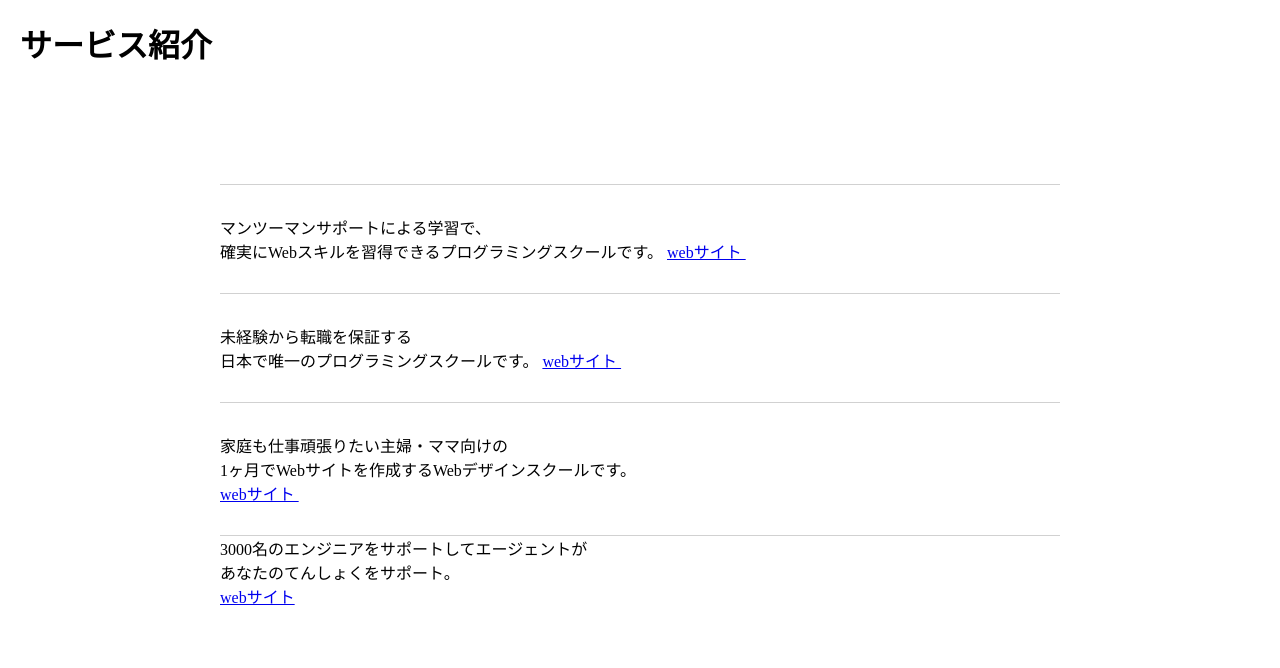
Repository: yesohnuki/shinya-ohnuki
Page: caravan/7.html
The author's editor kept a record of every edit. The page is drawn from the files as they stood at one moment, then again after the next edit.
The browser window is 1280 px wide. The pictures show the whole page.

Above is the page before.

### caravan/7.html
<!DOCTYPE html>
<html lang="ja">
  <head>
    <meta charset="UTF-8" />
    <link rel="stylesheet" href="7.css" />
    <title>CARAVAN</title>
  </head>

  <body>
    <main-visual>
      <h1 class="headline">
        サービス紹介
      </h1>
    </main-visual>

    <main>
      <img class="wc-logo.png">
      <div class="service1"></div>
      マンツーマンサポートによる学習で、<br>
      確実にWebスキルを習得できるプログラミングスクールです。
        <a href="index.html">
          webサイト
        </a>
        <img class="wcc-logo.png">
        <div class="service2"></div>
        未経験から転職を保証する<br>
        日本で唯一のプログラミングスクールです。
        <a href="index.html">
          webサイト
        </a>
        <img class="wcp-logo.png">
        <div class="service3"></div>
        家庭も仕事頑張りたい主婦・ママ向けの<br>
        1ヶ月でWebサイトを作成するWebデザインスクールです。</br>
        <a href="index.html">
          webサイト
        </a>
        <img class="wcw-logo.png">
        <div class="service4"></div>
        3000名のエンジニアをサポートしてエージェントが<br>
        あなたのてんしょくをサポート。</br>
        <a href="index.html">
          webサイト
        </a>
      </main>
    </body>
    </html>

### caravan/7.css
* {
  margin: 0;
  padding: 0;
  box-sizing: border-box;
}

.main-visual {
  height: 400px;
  width: 100%;
  background-image: url(img/mv.jpg);
  background-size: cover;
  background-position: bottom;
}

.headline {
  padding: 20px;
}

main {
  width: 840px;
  margin: 50px auto;
}

.service1 {
  margin-bottom: 30px;
  border-bottom: 1px solid #d1d1d1;
  padding-bottom: 30px;
}

.service2 {
  margin-bottom: 30px;
  border-bottom: 1px solid #d1d1d1;
  padding-bottom: 30px;
}

.service3 {
  margin-bottom: 30px;
  border-bottom: 1px solid #d1d1d1;
  padding-bottom: 30px;
}

.service4 {
  border-bottom: 1px solid #d1d1d1;
  padding-bottom: 30px;
}

After the next edit:
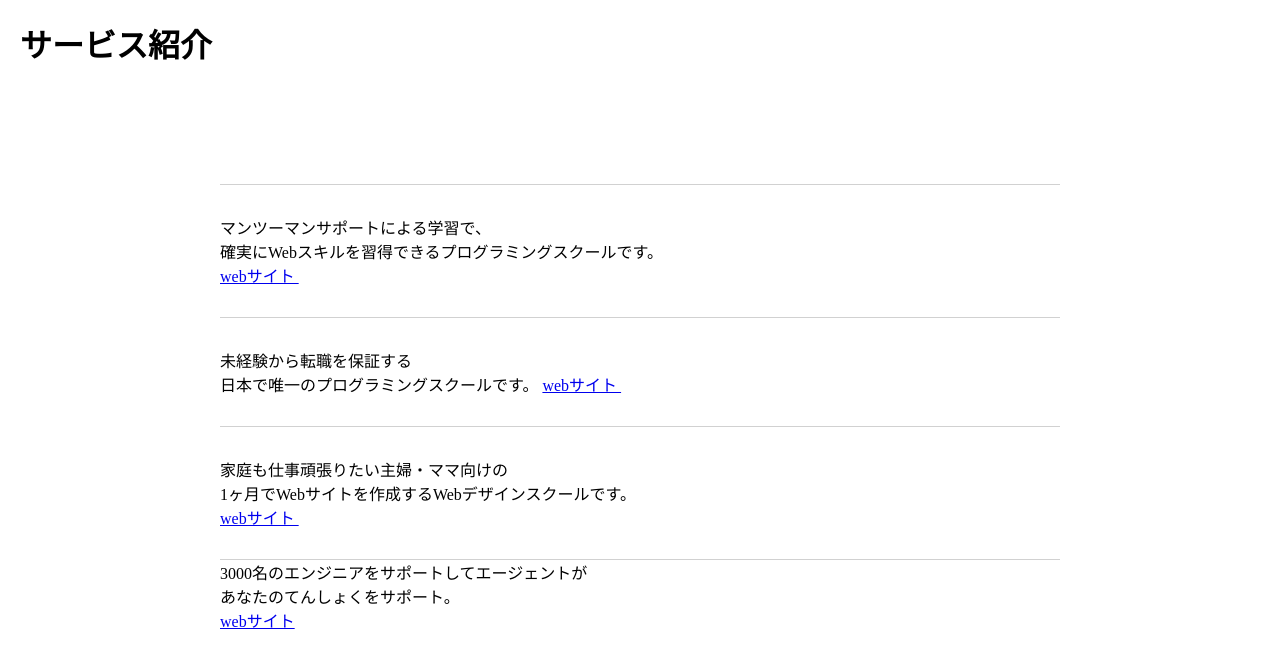
The edit:
--- a/caravan/7.html
+++ b/caravan/7.html
@@ -17,7 +17,7 @@
       <img class="wc-logo.png">
       <div class="service1"></div>
       マンツーマンサポートによる学習で、<br>
-      確実にWebスキルを習得できるプログラミングスクールです。
+      確実にWebスキルを習得できるプログラミングスクールです。<br />
         <a href="index.html">
           webサイト
         </a>
